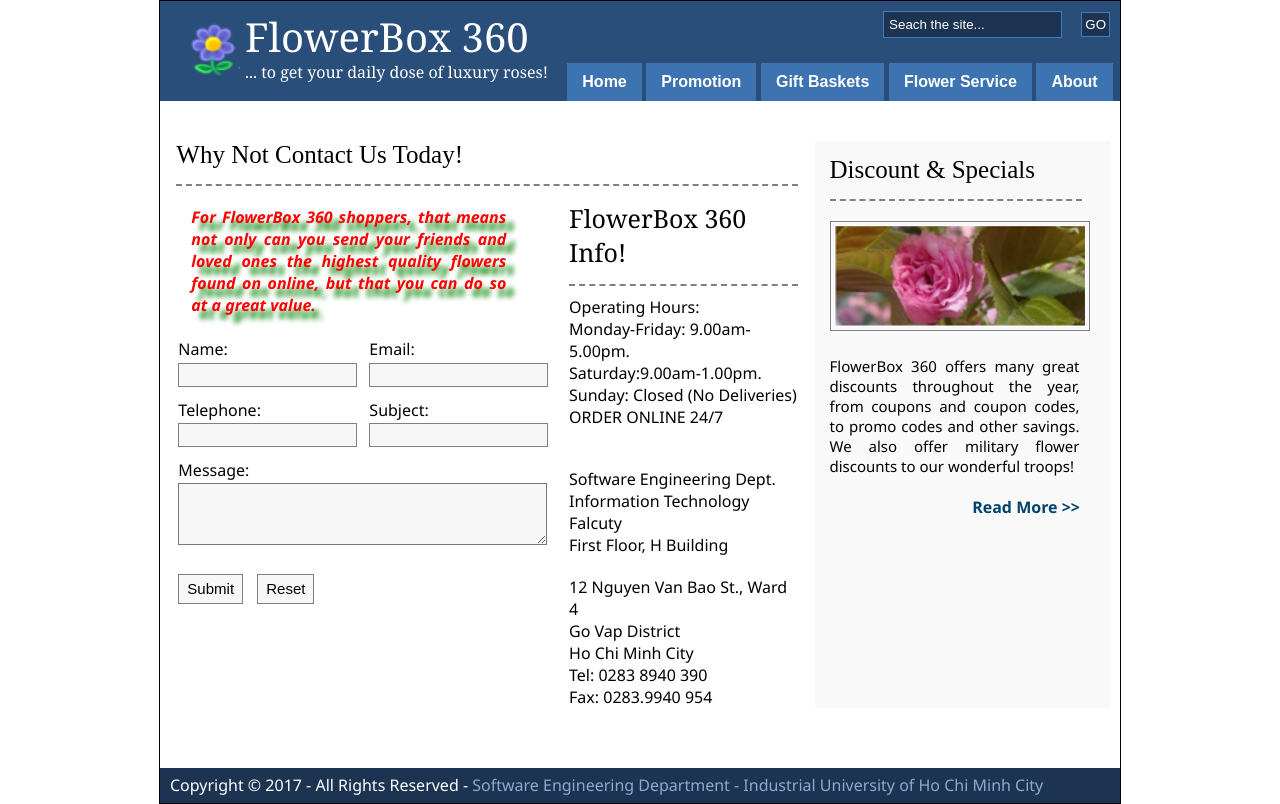
Repository: thu1365/BTKT_WEB
Page: HTML/btkt.html
The author's editor kept a copy of each file at every save. The page is drawn from the files as they stood at one save, then again after the next save.
The browser window is 1280 px wide. The pictures show the whole page.

Above is the page before, as saved 2023-03-11 21:25:10.

### HTML/btkt.html
<!DOCTYPE html>
<html lang="en">

<head>
    <meta charset="UTF-8">
    <meta http-equiv="X-UA-Compatible" content="IE=edge">
    <meta name="viewport" content="width=device-width, initial-scale=1.0">
    <title>21025781-Lê Minh Thư</title>
    <style>
        * {
            padding: 0;
            margin: 0 auto;
        }

        .wrapper {
            width: 960px;
            background-color: #fff;
            border: 1px solid black;
        }

        header {
            position: relative;
            width: 960px;
            height: 100px;
            background-color: #294e79;
            font-family: Georgia, 'Times New Roman', Times, serif;
        }

        .logo {
            position: relative;
            left: 20px;
            top: 10px;
            width: 60px;
            height: 80px;
        }

        .name1 {
            font-size: 40px;
            color: #fff;
            position: absolute;
            left: 85px;
            top: 8px;
        }

        .name2 {
            color: #fff;
            position: absolute;
            left: 85px;
            top: 60px;
        }

        #search1 {
            background-color: #1c3451;
            border: 1px solid #4579b7;
            color: #fff;
            margin-right: 15px;
            height: 25px;
        }

        #search1::placeholder {
            padding-left: 5px;
            color: #fff;
        }

        #search2 {
            background-color: #1c3451;
            border: 1px solid #4579b7;
            color: #fff;
            height: 25px;
            padding: 0 3px;
        }

        .search_form {
            position: absolute;
            top: 10px;
            right: 10px;
        }

        .nav {
            display: flex;
            width: 550px;
            position: absolute;
            bottom: 0px;
            right: 5px;
            font-family: Arial, Helvetica, sans-serif;
        }

        .nav_item {
            position: relative;
            padding: 10px 15px;
            background-color: #3d73b1;
        }

        .nav_item:hover {
            background-color: #8babd0;
        }

        .nav_item a {
            color: white;
            font-weight: bold;
            text-decoration: none;
        }

        .nav1 {
            display: none;
            position: absolute;
            top: 39px;
            left: 0px;
            width: 180px;
            height: 60px;
            background-color: #8babd0;
        }

        .nav2 {
            box-sizing: border-box;
            padding-left: 15px;
            line-height: 30px;
            height: 50%;
            border: 1px solid rgb(158, 196, 240);
            color: white;
        }

        .nav_item:hover .nav1 {
            display: block;
            background-color: #9bbbe0;
        }

        .nav2:hover {
            background-color: #edf6ff;
            cursor: pointer;
        }

        .container {
            font-family: 'Segoe UI', Tahoma, Geneva, Verdana, sans-serif;
            padding-bottom: 60px;
            width: 100%;
            display: flex;
        }

        .Left {
            display: flex;
            width: 70%;
            justify-content: space-between;
            flex-wrap: wrap;
        }

        .p1 {
            width: 55%;
        }

        .p2 {
            width: 35%;
        }

        .p3 {
            background-color: #f9f9f9;
            width: 30%;
            padding-left: 15px;
            margin-top: 40px;
            margin-right: 10px;
        }

        .Left1 {
            font-family: 'Times New Roman', Times, serif;
            width: 95%;
            padding: 40px 0px 15px 0px;
            font-size: 25px;
            border-bottom: 2px dashed gray;
        }

        .p1_1 {
            padding: 20px 30px 20px 15px;
            text-align: justify;
            color: red;
            font-style: italic;
            font-family: 'Segoe UI', Tahoma, Geneva, Verdana, sans-serif;
            text-shadow: 8px 8px 5px green;
        }

        table input {
            height: 22px;
            margin-right: 10px;
            margin-bottom: 10px;
            background-color: #f7f7f7;
            border: 1px solid gray;
        }

        table textarea {
            background-color: #f7f7f7;
        }

        .p1_sub {
            box-sizing: border-box;
            margin-top: 20px;
            height: 30px;
            font-size: 15px;
            padding: 0 8px;
            line-height: 28px;
            border: 1px solid gray;
        }

        .p2_1 {
            font-family: Georgia, 'Times New Roman', Times, serif;
            padding: 15px 0px 15px;
            width: 100%;
            font-size: 25px;
            border-bottom: 2px dashed gray;
        }

        .p2_2 {
            font-family: 'Segoe UI', Tahoma, Geneva, Verdana, sans-serif;
            padding: 10px 0 40px 0;
        }

        .p2_3 {
            font-family: 'Segoe UI', Tahoma, Geneva, Verdana, sans-serif;
        }

        .p2_4 {
            font-family: 'Segoe UI', Tahoma, Geneva, Verdana, sans-serif;
            padding-top: 20px;
        }

        .p3_1 {
            font-family: 'Times New Roman', Times, serif;
            padding: 15px 0px 15px;
            width: 90%;
            margin-right: 30px;
            font-size: 25px;
            border-bottom: 2px dashed gray;
        }

        .p3_anh {
            width: 250px;
            height: 100px;
            padding: 4px;
            margin: 20px 0;
            border: 1px solid gray;
        }

        .p3_2 {
            width: 250px;
            margin-right: 30px;
            float: left;
            text-align: justify;
            font-family: 'Segoe UI', Tahoma, Geneva, Verdana, sans-serif;
            font-size: 15px;
            display: block;
        }

        .p3_3 {
            color: #00436d;
            font-weight: bold;
            margin-right: 30px;
            float: right;
            padding-top: 20px;
            text-decoration: none;
        }

        footer {
            background-color: #1c3451;
            height: 35px;
        }

        #footer_1 {
            font-family: 'Segoe UI', Tahoma, Geneva, Verdana, sans-serif;
            padding-left: 10px;
            color: #8babd0;
            line-height: 35px;
        }

        #footer_1 .white {
            color: #fff;
        }
    </style>
</head>

<body>
    <div class="wrapper">
        <header>
            <img src="/IMAGE/AnhLogo.PNG" alt="" class="logo">
            <p class="name1">FlowerBox 360</p>
            <p class="name2">... to get your daily dose of luxury roses!</p>
            <form action="" class="search_form">
                <input type="text" name="" id="search1" placeholder="Seach the site...">
                <input id="search2" type="button" value="GO">
            </form>
            <div class="nav">
                <div class="nav_item"><a href="">Home</a></div>
                <div class="nav_item"><a href="">Promotion</a></div>
                <div class="nav_item"><a href="">Gift Baskets</a></div>
                <div class="nav_item"><a href="">Flower Service</a>
                    <div class="nav1">
                        <div class="nav2"><b>Flower for Wedding</b></div>
                        <div class="nav2"><b>Flower for Conference</b></div>

                    </div>
                </div>
                <div class="nav_item"><a href="">About</a></div>
            </div>
        </header>
        <div class="container">
            <div class="Left">
                <p class="Left1">Why Not Contact Us Today!</p>
                <div class="p1">
                    <p class="p1_1"><b>For FlowerBox 360 shoppers, that means not only can you send your friends and loved ones the highest quality flowers found on online, but that you can do so at a great value.</b></p>
                    <form action="" class="c1_form">
                        <table>
                            <tr>
                                <td><label for="name_ip">Name:</label></td>
                                <td><label for="mail_ip">Email:</label></td>
                            </tr>
                            <tr>
                                <td><input type="text" name="" id="name_ip"></td>
                                <td><input type="email" name="" id="mail_ip"></td>
                            </tr>
                            <tr>
                                <td><label for="tel_ip">Telephone:</label></td>
                                <td><label for="sub_ip">Subject:</label></td>
                            </tr>
                            <tr>
                                <td><input type="tel" name="" id="tel_ip"></td>
                                <td><input type="text" name="" id="sub_ip"></td>
                            </tr>
                            <tr>
                                <td colspan="2"><label for="mess_ip">Message:</label></td>
                            </tr>
                            <tr>
                                <td colspan="2"> <textarea name="" id="mess_ip" cols="44" rows="4"></textarea></td>
                            </tr>
                            <tr>
                                <tr>
                                    <td><input class="p1_sub" type="button" value="Submit"> <input class="p1_sub" type="button" value="Reset"></td>
                                </tr>
                            </tr>
                        </table>

                    </form>
                </div>
                <div class="p2">
                    <p class="p2_1">FlowerBox 360 Info!</p>
                    <p class="p2_2">Operating Hours: <br> Monday-Friday: 9.00am-5.00pm.<br> Saturday:9.00am-1.00pm.
                        <br> Sunday: Closed (No Deliveries)<br> ORDER ONLINE 24/7
                    </p>
                    <p class="p2_3">
                        Software Engineering Dept. <br> Information Technology Falcuty<br> First Floor, H Building
                    </p>
                    <p class="p2_4">
                        12 Nguyen Van Bao St., Ward 4<br> Go Vap District<br> Ho Chi Minh City<br> Tel: 0283 8940 390<br> Fax: 0283.9940 954
                    </p>


                </div>
            </div>
            <div class="p3">
                <p class="p3_1">Discount & Specials</p>
                <img src="/IMAGE/Hoa.jpg" alt="" class="p3_anh">
                <p class="p3_2">FlowerBox 360 offers many great discounts throughout the year, from coupons and coupon codes, to promo codes and other savings. We also offer military flower discounts to our wonderful troops!</p>
                <a class="p3_3" href="">Read More >></a>
            </div>
        </div>
        <footer>
            <p id="footer_1"><span class="white">Copyright © 2017 - All Rights Reserved -</span> Software Engineering Department - Industrial University of Ho Chi Minh City</p>
        </footer>
    </div>
</body>

</html>

After the next save:
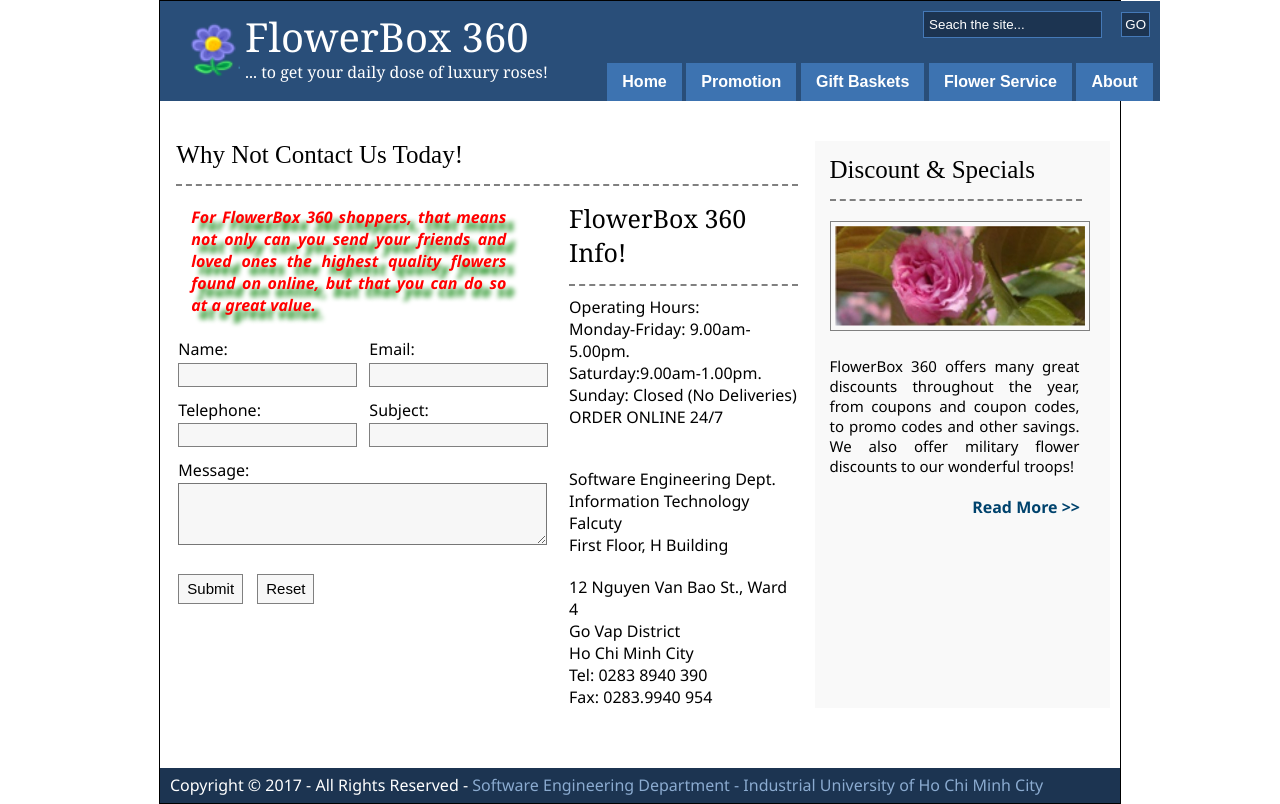
Saved 30 s later.
--- a/HTML/btkt.html
+++ b/HTML/btkt.html
@@ -20,7 +20,7 @@
 
         header {
             position: relative;
-            width: 960px;
+            width: 1000px;
             height: 100px;
             background-color: #294e79;
             font-family: Georgia, 'Times New Roman', Times, serif;
